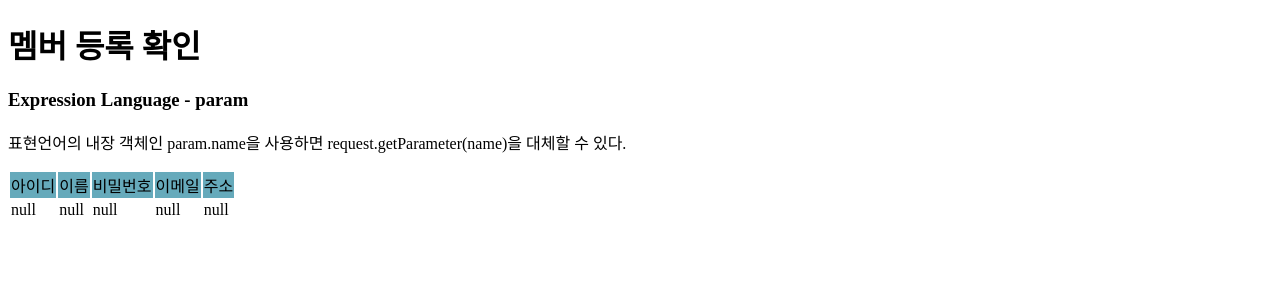
Repository: jsb5589/JAVAStudy
Page: http://localhost/JSP04/members/member5.jsp
The author's editor kept a copy of each file at every save. The page is drawn from the files as they stood at one save, then again after the next save.
The browser window is 1280 px wide. The pictures show the whole page.
The page is served by Tomcat 9. The template is opened directly, without the code that normally fills it, so the values that code supplies are empty.

Above is the page before, as saved 2021-08-12 07:44:24.

After the next save:
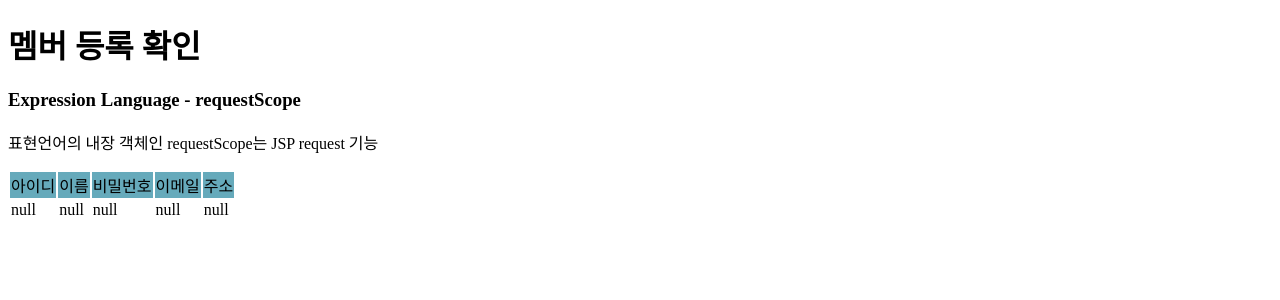
Saved 3 min 41 s later.
--- a/EZWebs/JSP04/src/main/webapp/members/member5.jsp
+++ b/EZWebs/JSP04/src/main/webapp/members/member5.jsp
@@ -19,9 +19,8 @@
 </head>
 <body>
 	<h1>멤버 등록 확인</h1>
-	<h3>Expression Language - param</h3>
-	<p>표현언어의 내장 객체인 param.name을 사용하면
-	request.getParameter(name)을 대체할 수 있다.</p>
+	<h3>Expression Language - requestScope</h3>
+	<p>표현언어의 내장 객체인 requestScope는 JSP request 기능</p>
 	<table>
 		<tr bgcolor="66aabb">
 			<td>아이디</td>
